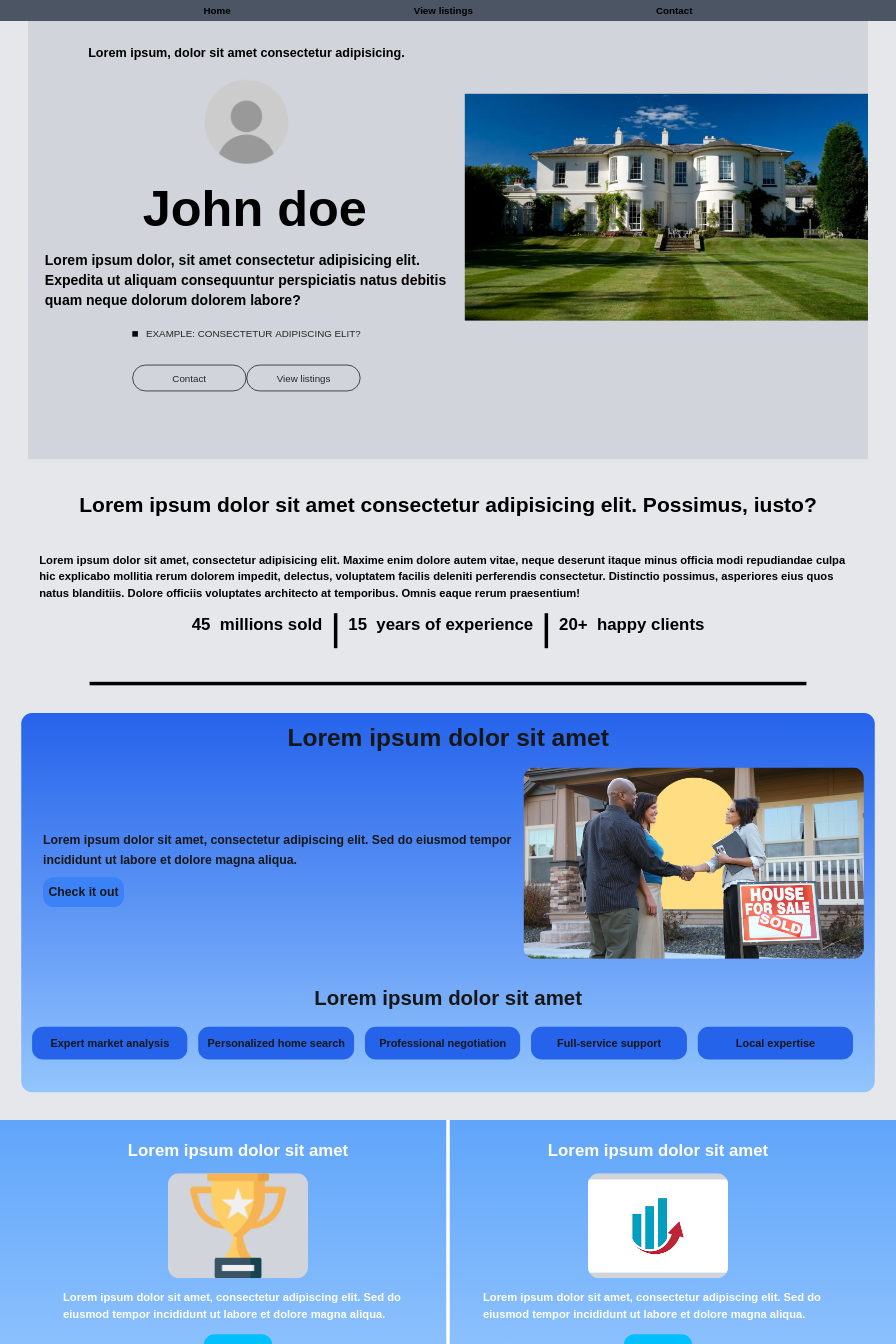
Repository: TMuse333/single-page-real-estate
Page: / (app in frontend/)
An editor plug-in stored every save of this project. The page is shown before and after a run of saves, followed by the edit.
The browser window is 1280 px wide. The pictures show the part of the page from y = 0 to 1920 px (the page is 6391 px tall), at 70% of full size.
The project was rebuilt for these pictures with package versions that can differ from the ones it lists, and the page was loaded fresh each time. The framework's server and built-in components were replaced by stand-ins that run in the browser. Also part of the build but not shown: frontend/next.config.mjs.

Above is the page before, as saved 2024-12-05 15:25:10.

After the next 2 saves:
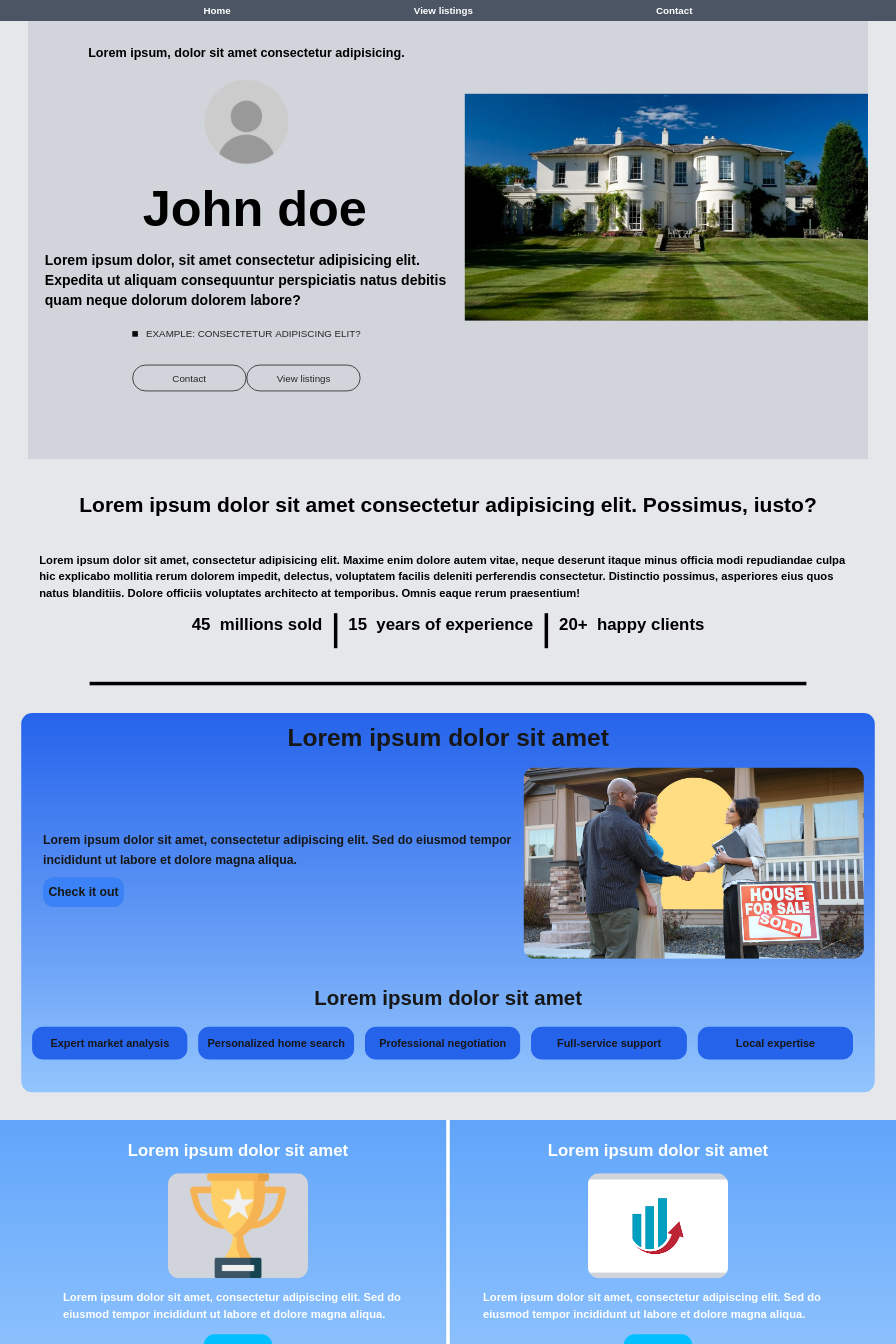
The 2 saves are shown as one change because they came seconds apart.
The last was saved 25 s later.
--- a/frontend/src/components/navbar/bigNav.tsx
+++ b/frontend/src/components/navbar/bigNav.tsx
@@ -451,7 +451,7 @@
                 <div key={index}
 
                  className={` relative font-semibold
-                 my-auto ${!heroInView ? 'text-black' : 'text-black'}`}
+                 my-auto ${!heroInView ? 'text-white' : 'text-white'}`}
 
                  >
 
